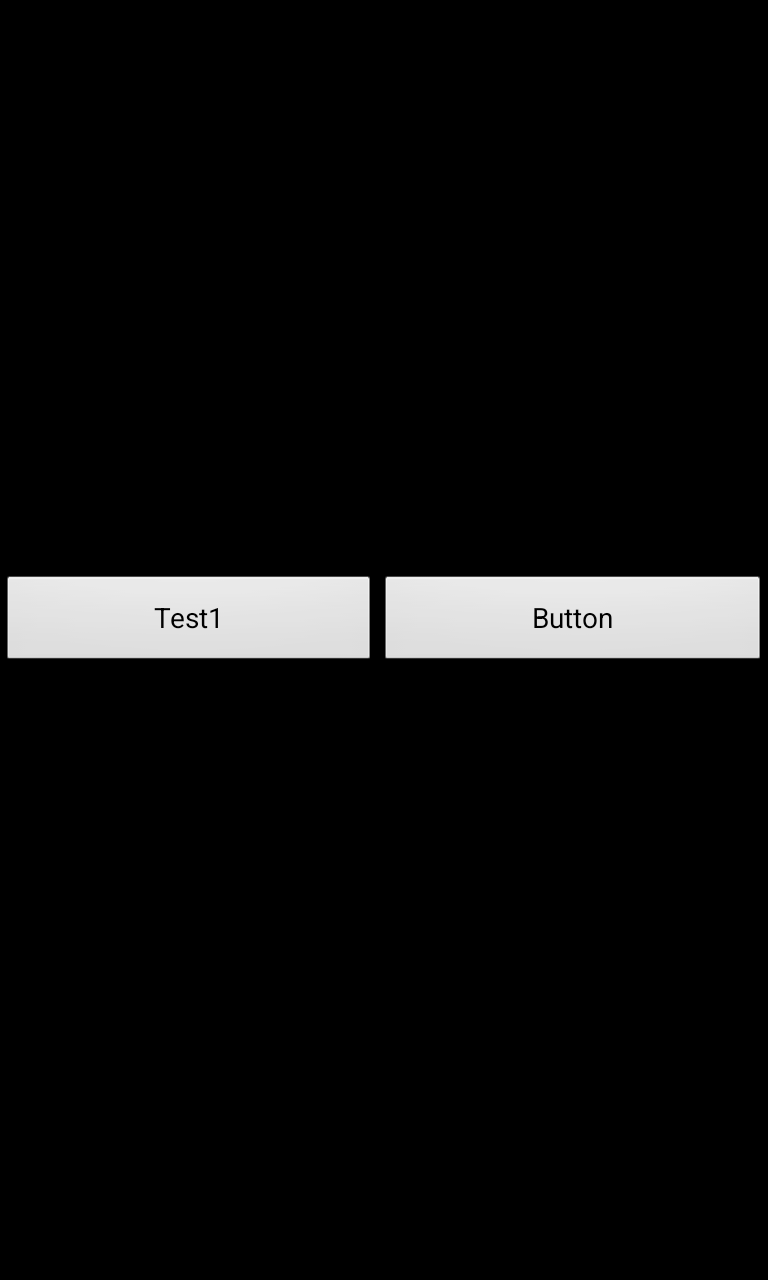
Repository: kangchihlun/UnityAndroidSubView
Layout: AndroidVuforiaSubView/FragmentDemo/res/layout/activity_main.xml
An editor plug-in stored every save of this project. The layout is shown before and after the next save, followed by the edit.
It is drawn on a 768 x 1280 px phone screen (xhdpi) without system bars, with theme android:Theme.NoTitleBar.Fullscreen; the app's code is not run.

Above is the layout before, as saved 2015-03-11 07:57:19.

After the next save:
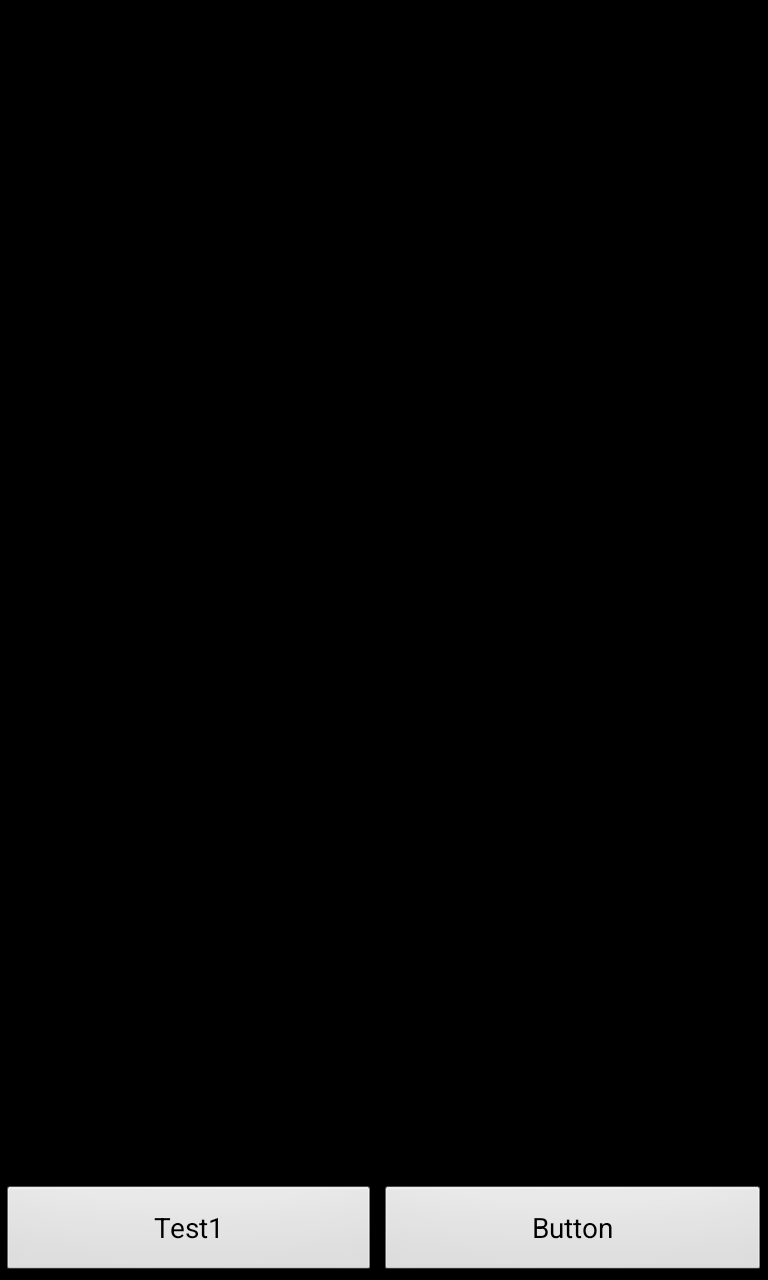
Saved 54 s later.
--- a/AndroidVuforiaSubView/FragmentDemo/res/layout/activity_main.xml
+++ b/AndroidVuforiaSubView/FragmentDemo/res/layout/activity_main.xml
@@ -1,17 +1,18 @@
 <LinearLayout xmlns:android="http://schemas.android.com/apk/res/android"
     android:layout_width="match_parent"
     android:layout_height="match_parent"
-    android:orientation="vertical">
+    android:orientation="vertical" >
 
     <LinearLayout
         android:id="@+id/fragment_container"
         android:layout_width="match_parent"
         android:layout_height="287dp"
+        android:layout_weight="0.64"
         android:orientation="vertical"
         android:padding="20dp" />
 "
 
-     <LinearLayout
+    <LinearLayout
         android:layout_width="match_parent"
         android:layout_height="wrap_content"
         android:layout_alignParentBottom="true"
@@ -30,7 +31,6 @@
             android:layout_height="wrap_content"
             android:layout_weight="1"
             android:text="Button" />
-
     </LinearLayout>
 
 </LinearLayout>
